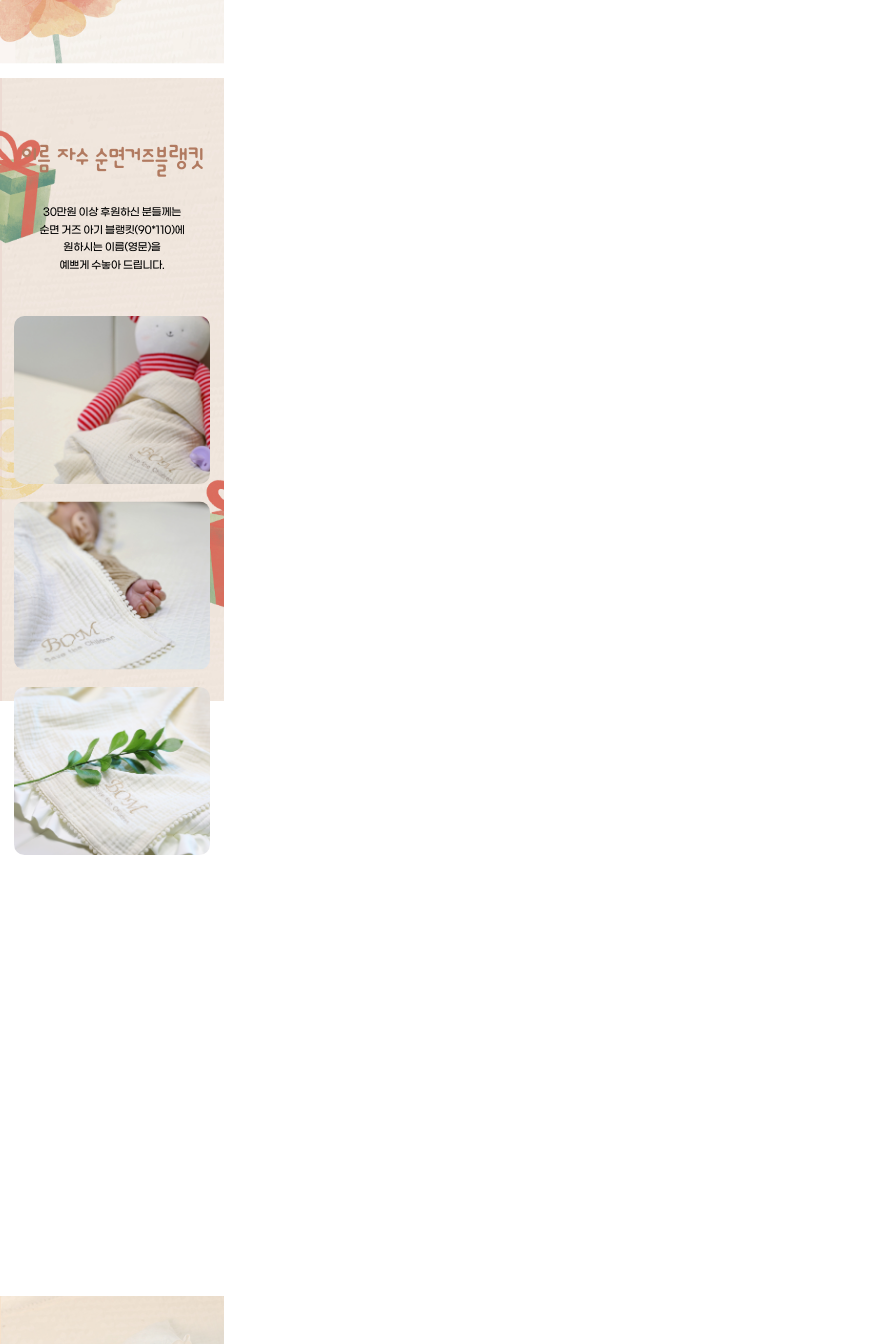
Repository: dlgywls1130/save_the_m320
Page: index.html
The author's editor kept a copy of each file at every save. The page is drawn from the files as they stood at one save, then again after the next save.
The browser window is 1280 px wide. The pictures show the part of the page from y = 3029 to 4949 px (the page is 8180 px tall), at 70% of full size.

Above is the page before, as saved 2023-12-21 01:22:33.

### index.html
<!DOCTYPE html>
<html lang="en">
<head>
    <meta charset="UTF-8">
    <meta name="viewport" content="width=device-width, initial-scale=1.0">
    <title>세이브더칠드런</title>

    <link rel="stylesheet" href="./css/reset.css">
    <link rel="stylesheet" href="./css/style.css">

</head>
<body>
    <div class="content_body">
        <section class="section_wrapper section01">
            <div class="se01 se_wrapper">
                <div class="seo01_mobile_wrapp">
                    <div class="se01_sub">
                        <div class="sub_logo">
                            <img src="./img/logo01.png" alt="logo">
                        </div>
                        <p>우리 아기 좋은 날 기부</p>
                    </div>
                    <p class="seo01_title">
                        아가야,
                    </p>
                    <p class="seo01_title_two">
                        너의 <span id="rollingText">탄생</span> 순간을 축하해!
                    </p>
                </div>
                <div class="seo01_mobile_wrapp_bottom">
                    <p class="section_descript mb-45">
                        아이의 건강과 행복을
                        <br>바라는 마음을 담아,
                        <br>탄생, 백일, 첫 걸음마, 첫돌 등
                        <br>내 아이의 소중한 순간을
                        <br>기부로 기념해보세요.
                        <br>함께 자라나는 다른 아이들
                        <br>에게도 큰 축복이 됩니다..
                    </p>

                    <a class="donation_link" href="javascript:void(0)">우리 아기 좋은 날 기부</a>
                </div>

            </div>
        </section>
        <section class="section_wrapper section02">
            <div class="se02 se_wrapper">
                <div class="postit_wrapper">
                    <div class="postit postit01">
                        <p>우리 아들 우현이의<br>
                        200일을 축하해.<br>
                        <span>건강하게 자라줘서 고마워 <img src="./img/heart.png"></span>
                        늘 사랑받고 받은 사랑만큼<br>
                        베풀 수 있는 건강하고<br>
                        멋진 아들이 되길 바래!</p>
                    </div>
                    <div class="postit postit02">
                        <p>우리 새로아<Br>
                        백일 동안 무럭무럭 자라줘서<Br>
                        고마워~앞으로도 건강하고<Br>
                        우리 같이 재미있게 많이 놀자.<Br>
                        엄마,아빠가 많이 사랑해.</p>
                    </div>

                    <div class="postit postit05">
                        <p>사랑하는 도현이의<br>
                        첫 어린이날과 첫돌을<br>
                        기념하며, <br>
                        이웃을 사랑하는<br>
                        멋진 사람으로 자라길</p>

                    </div>
                    <!-- <div class="postit postit04">
                        <p>보미야<br>
                        첫 번째 생일 축하해<br>
                        너의 존재가 온 세상에<br>
                        봄이길 바랄게!   </p>
                    </div> -->

                    <!-- <div class="postit postit03">
                        <p>서진아<br>
                        우리에게 와줘서 고마워<br>
                        건강하고 행복하게 자라렴.<br>
                        사랑해♡      </p>
                    </div> -->

                </div>

            </div>
        </section>
        <section class="section_wrapper section03">
            <div class="se_wrapper se03">
                <div class="se_title_co">
                    아기의 좋은 날을<br> 기념해 주신 모든 분들께
                    <br>후원감사증서를 <br> 보내드립니다.
                </div>
                <div class="se_sub_co">
                    후원감사증서는<Br> 아기에게 남기고 싶은 메시지와 아기의 좋은 날이 담긴 사진을<br> 보관할 수 있도록
                    만들어드립니다.<br> 먼 훗날, 아기가 성장해 읽게 될 날을 그리며 편지를 써보세요.
                </div>
            </div>

        </section>
        <section class="section_wrapper section04">
            <div class="se_wrapper se04">
                <div class="se_title_co">
                    이름 자수 순면거즈블랭킷
                </div>
                <div class="se_sub_co">
                    30만원 이상 후원하신 분들께는<br> 순면 거즈 아기 블랭킷(90*110)에
                    <Br>원하시는 이름(영문)을<br> 예쁘게 수놓아 드립니다.
                </div>

                <div class="se04_slide mt-85">
                    <div class="se04_slide_list">
                        <img src="./img/slide03.jpg">
                    </div>
                    <div class="se04_slide_list">
                        <img src="./img/slide02.jpg">
                    </div>
                    <div class="se04_slide_list">
                        <img src="./img/slide01.jpg">
                    </div>
                </div>
            </div>
        </section>
        <section class="section_wrapper section05">
            <div class="se_wrapper se05">
                <div class="se_title_co">
                    후원신청 과정
                </div>


                <div class="se_sub_co">
                    30만원 이상 후원해 주신 경우,
                    <br>감사 선물 수령 주소 및 아기 블랭킷에 새겨질 문구 확인을 위한 문자가 발송됩니다.
                </div>

                <div class="se_step_list">
                    <div class="se_step">
                        <p class="step_number">1</p>
                        <div class="step_ico">
                            <img src="./img/icon01.png" alt="img">
                        </div>
                        <p class="step_descript">
                            후원신청하기
                        </p>
                    </div>
                    <div class="se_step">
                        <p class="step_number">2</p>
                        <div class="step_ico">
                            <img src="./img/icon02.png" alt="img">
                        </div>
                        <p class="step_descript">
                            후원감사증서
                            메시지 적기
                        </p>
                    </div>
                </div>
                <div class="se_step_list">
                    <div class="se_step">
                        <p class="step_number">3</p>
                        <div class="step_ico">
                            <img src="./img/icon03.png" alt="img">
                        </div>
                        <p class="step_descript">
                            신청완료
                        </p>
                    </div>
                    <div class="se_step">
                        <p class="step_number">4</p>
                        <div class="step_ico">
                            <img src="./img/icon04.png" alt="img">
                        </div>
                        <p class="step_descript">
                            후원감사증서 발송
                            (1주 이내)
                        </p>
                    </div>
                </div>


                <a class="donation_link" href="javascript:void(0)">우리 아기 좋은 날 기부</a>
            </div>

        </section>
        <section class="section_wrapper section06">
            <div class="se_wrapper se06">
                <div class="se_title_co">
                    후원금, 이렇게 쓰여요!
                </div>
                <div class="se_sub_co">
                    세이브더칠드런은 <Br><span>국내외 아동을 위한 교육,
                    <Br>보호, 보건영양지원,<Br> 아동권리옹호</span> 등의<Br> 활동을 해나가고 있습니다.
                </div>
                <div class="se_sub_co">
                    보내주신 후원금은<Br> 정치, 종교, 인종에 관계없이<Br> 모든 아이를 구해야 한다는
                    <Br>세이브더칠드런의 신념에 따라 <Br><span>가장 도움 필요한 아이를 위해 우선 사용</span>됩니다.
                </div>
            </div>

        </section>
        <section class="section_wrapper section07">
            <div class="se_wrapper se07">
                <div class="se_title_co">
                    FAQ
                </div>
                <div class="accordion">
                    <div class="accordion-item">
                        <h3 class="title">
                            <span>1. 30만원 이상 후원했습니다. <br>거즈 순면 블랭킷은 언제 오나요?</span>
                            <img src="./img/top.png">
                        </h3>
                        <p class="paragraph">
                            우리아기 축하기부로 30만원 이상 후원자님들께는 담요에 수놓을 아기 이름과
                            선물 수령 주소 확인을 위한 문자가 발송됩니다.
                            02-6900-4479로 발송되는 문자 속 설문조사에 답해주세요.
                            확인을 완료하신 분들께는 블랭킷 제작을 담당하고 있는 조니 스튜디오에서
                            아기 이름 자수 작업 완료 후 배송해 드립니다.

                        </p>
                    </div>
                    <div class="accordion-item">
                        <h3 class="title">
                            <span>2. 거즈 순면 블랭킷, 안전한 제품인가요?</span>
                            <img src="./img/top.png">
                        </h3>
                        <p class="paragraph">
                            본 블랭킷은 워싱된 3중 거즈로 제작되었으며, KC안전검사를 완료하였습니다.
                            소재 특성상 섬유 조각이 발생할 수 있어 망에 넣지 않고 3번 정도 물빨래 하시는 것을 권장합니다.

                        </p>
                    </div>
                    <div class="accordion-item">
                        <h3 class="title">
                            <span>3. 거즈 순면 블랭킷을 받았는 데 하자가 있어요. <Br>어떻게 해야 하나요? </span>
                            <img src="./img/top.png">
                        </h3>
                        <p class="paragraph">
                            070-4220-4123 (조니스튜디오 CS)로 전화 연락 부탁드립니다. 하자 물품에 대한 교환은 수령일로부터 7일 이내에 조니스튜디오에 연락해주셔야 하며, 이로 인한 후원금 환불은 어렵습니다.
                        </p>
                    </div>
                    <div class="accordion-item">
                        <h3 class="title">
                            <span>4. 후원감사증서에 넣을 수 있는 사진 사이즈는 <Br>얼마인가요?</span>
                            <img src="./img/top.png">
                        </h3>
                        <p class="paragraph">
                            사진 인화 사이즈 5*7 인치에 맞추어서 제작되었습니다.  그보다 작은 사진일 경우, 후원감사증서
                            내부의 주머니에 넣어 보관하실 수도  있습니다.

                        </p>
                    </div>
                </div>
            </div>

        </section>
        <section class="section_wrapper section08">
            <div class="se_wrapper se08">
                <div class="se08_postion">
                    <p class="se08_title">우리 아기 좋은 날 기부</p>
                    <p class="se08_descript">
                        탄생, 백일, 첫 걸음마, 첫돌...
                        <br>소중한 우리 아기의 성장을 기념해 보세요!
                        <br>아기의 좋은 날이 모여 세상의 행복이 됩니다.
                    </p>
                    <a href="javascript:void(0)" class="more_btn">
                        <p>자세히보기</p>
                        <svg xmlns="http://www.w3.org/2000/svg" width="16" height="16" fill="currentColor" class="bi bi-chevron-right" viewBox="0 0 16 16">
                            <path fill-rule="evenodd" d="M4.646 1.646a.5.5 0 0 1 .708 0l6 6a.5.5 0 0 1 0 .708l-6 6a.5.5 0 0 1-.708-.708L10.293 8 4.646 2.354a.5.5 0 0 1 0-.708z"/>
                        </svg>
                    </a>
                </div>

            </div>
        </section>
    </div>

    <script src="https://ajax.googleapis.com/ajax/libs/jquery/1.12.4/jquery.min.js"></script>
    <script src="./js/main.js"></script>
</body>
</html>

### css/reset.css


html, body, div, span, applet, object, iframe,
h1, h2, h3, h4, h5, h6, p, blockquote, pre,
a, abbr, acronym, address, big, cite, code,
del, dfn, em, img, ins, kbd, q, s, samp,
small, strike, strong, sub, sup, tt, var,
b, u, i, center,
dl, dt, dd, ol, ul, li,
fieldset, form, label, legend,
table, caption, tbody, tfoot, thead, tr, th, td,
article, aside, canvas, details, embed,
figure, figcaption, footer, header, hgroup,
menu, nav, output, ruby, section, summary,
time, mark, audio, video {
	margin: 0;
	padding: 0;
	border: 0;
	font-size: 100%;
	font: inherit;
	vertical-align: baseline;
}

article, aside, details, figcaption, figure,
footer, header, hgroup, menu, nav, section {
	display: block;
}
body {
	line-height: 1;
}
ol, ul {
	list-style: none;
}
blockquote, q {
	quotes: none;
}
blockquote:before, blockquote:after,
q:before, q:after {
	content: '';
	content: none;
}
table {
	border-collapse: collapse;
	border-spacing: 0;
}

### css/style.css

/* root */
:root{
    --main-color:#B17A60;
    --pink-color:#F79497;
}


/* font */

/* dongle */
@font-face {
    font-family: 'Dongle';
    font-weight: 300;
    src: url('../font/Dongle-Light.ttf') format('ttf'),
    url('../font/Dongle-Light.woff') format('woff');
}

@font-face {
    font-family: 'Dongle';
    font-weight: 500;
    src: url('../font/Dongle-Regular.ttf') format('ttf'),
    url('../font/Dongle-Regular.woff') format('woff');
}

@font-face {
    font-family: 'Dongle';
    font-weight: 700;
    src: url('../font/Dongle-Bold.ttf') format('ttf'),
    url('../font/Dongle-Bold.woff') format('woff');
}


/* Gmarket */
@font-face {
    font-family: 'GmarketSans';
    font-weight: 300;
    src: url('../font/GmarketSansLight.ttf') format('ttf'),
    url('../font/GmarketSansLight.woff') format('woff');
}

@font-face {
    font-family: 'GmarketSans';
    font-weight: 500;
    src: url('../font/GmarketSansMedium.ttf') format('ttf'),
    url('../font/GmarketSansMedium.woff') format('woff');
}

@font-face {
    font-family: 'GmarketSans';
    font-weight: 700;
    src: url('../font/GmarketSansBold.ttf') format('ttf'),
    url('../font/GmarketSansBold.woff') format('woff');
}


/* nanumsqure */

@font-face {
    font-family: 'NanumSquare';
    font-weight: 400;
    src: url('../font/NanumSquareL.ttf') format('ttf'),
    url('../font/NanumSquareL.woff') format('woff');
}

@font-face {
    font-family: 'NanumSquare';
    font-weight: 500;
    src: url('../font/NanumSquareR.ttf') format('ttf'),
    url('../font/NanumSquareR.woff') format('woff');
}

@font-face {
    font-family: 'NanumSquare';
    font-weight: 600;
    src: url('../font/NanumSquareB.ttf') format('ttf'),
    url('../font/NanumSquareB.woff') format('woff');
}

@font-face {
    font-family: 'NanumSquare';
    font-weight: 700;
    src: url('../font/NanumSquareEB.ttf') format('ttf'),
    url('../font/NanumSquareEB.woff') format('woff');
}



/* scdream5 */
@font-face {
    font-family: 'SCDream5';
    src: url('../font/SCDream5.woff') format('woff'),
    url('../font/SCDream5.ttf') format('ttf'),
    url('../font/SCDream5.otf') format('otf');
}


.section_wrapper{
    max-width:320px;
    width: 100%;

}

.se_wrapper{
    max-width: 320px;
    width: 100%;
    position: relative;
    box-sizing: border-box;
}


/* section01 */


.section01{
    background: url(../img/back01.jpg) no-repeat;
    height: 1000px;
    background-size: cover;
    background-position: 86%;
}

.se01{
    padding: 60px 20px;
    box-sizing: border-box;
    height: 100%;
    position: relative;
    display: flex;
    flex-direction: column;
    justify-content: space-between;
}
.se01_sub{
    display: flex;
    align-items: center;
    margin-bottom: 30px;
    flex-direction: column;
}

.sub_logo{
    width: 125px;
    height: 40px;
    margin-right: 10px;
}

.sub_logo img{
    width: 100%;
    height: 100%;
    object-fit: contain;
}

.se01_sub p{
    width: 190px;
    height: 30px;
    background: #B17A60;
    border-radius: 15px;
    display: flex;
    align-items: center;
    justify-content: center;
    letter-spacing: -0.03em;
    font-size: 15px;
    font-weight: 700;
    font-family: 'GmarketSans',sans-serif;
    color: #fff;
}

.seo01_title{
    font-family: 'Dongle',sans-serif;
    font-weight: 500;
    font-size: 100px;
    color: var(--main-color);
    letter-spacing: -0.03em;
    text-align: center;
}

.seo01_title_two{
    font-family: 'Dongle',sans-serif;
    font-weight: 500;
    font-size: 50px;
    color: var(--main-color);
    letter-spacing: -0.03em;
    margin-top: -7%;
    margin-bottom: 50px;
    display: flex;
    align-items: center;
    white-space: nowrap;
    text-align: center;
}

.seo01_title_two span{
    margin: 0 0.5rem;
}
.section_descript{
    font-size: 15px;
    line-height: 25px;
    font-family: 'GmarketSans';
    font-weight: 500;
    letter-spacing: -0.03em;
    color: #000;
    text-align: center;
}

.donation_link{
    width: 300px;
    height: 50px;
    border-radius: 100px;
    display: flex;
    align-items: center;
    justify-content: center;
    background: var(--pink-color);
    color: #fff;
    font-family: 'GmarketSans';
    font-size: 20px;
    font-weight: 700;
    letter-spacing: -0.03em;
    text-decoration: none;
    margin: 40px auto 0;
}


@keyframes roll {
    from {
        transform: translateY(40%);
        opacity: 0;
    }
    to {
        transform: translateY(0);
        opacity: 1;
    }
  }


  #rollingText.animate-text {
    animation: roll 0.5s ease-in-out;
}

/* section02 */

.section02{
    height: 940px;
    background: url('../img/back02.jpg') no-repeat;
}

.se02{
    box-sizing: border-box;
    height: 100%;
}
.postit_wrapper{
    width: 100%;
    padding: 40px 20px;
    position: relative;
    display: flex;
    flex-direction: column;
    align-items: center;
    box-sizing: border-box;
}

.ex_text{
    font-family: 'GmarketSans';
    font-size: 20px;
    font-weight: 500;
    letter-spacing: -0.03em;
}


.postit p img{
    width: 15px;
    height: auto;
    object-fit: contain;
}
.postit p{
    font-family: 'SCDream5';
    font-size: 15px;
    line-height: 25px;
    text-align: center;
    display: flex;
    justify-content: center;
    align-items: center;
    flex-direction: column;
    height: 100%;
}

.postit01{
    background:url('../img/post04.png') no-repeat;
    width: 285px;
    height: 300px;
    background-size: contain;
    box-sizing: border-box;
}

.postit01 p{
    transform: rotate(358deg);
}

.postit02{
    background: url('../img/post05.png') no-repeat;
    width: 285px;
    height: 300px;
    background-size: contain;
    box-sizing: border-box;
    margin-top: -27%;
}

.postit02 p{
    transform: rotate(7deg);
}

.postit03{
    background:url('../img/post02.png') no-repeat;
    width: 285px;
    height: 300px;
    background-size: contain;
    box-sizing: border-box;
    margin-top: -25%;
    transform: rotate(-14deg);
}

.postit03 p{
    transform: rotate(-7deg);
}

.postit04{
    background: url(../img/post03.png) no-repeat;
    width: 285px;
    height: 300px;
    background-size: cover;
    box-sizing: border-box;
    margin-top: -24%;
    transform: rotate(14deg);
}

.postit04 p{
    transform: rotate(7deg);
}

.postit05{
    background:url('../img/post01.png') no-repeat;
    width: 285px;
    height: 300px;
    background-size: contain;
    box-sizing: border-box;
    margin-top: -22%;
}

.postit05 p{
    transform: rotate(-9deg);
}

/* section03 */

.section03{
    height: 1200px;
    background: url('../img/back03.jpg') no-repeat;
}

.se03{
    padding: 100px 20px 70px;
    box-sizing: border-box;
    height: 100%;
}


.se_title_co{
    font-size: 50px;
    line-height: 50px;
    letter-spacing: -0.03em;
    font-family: 'Dongle';
    font-weight: 500;
    color: var(--main-color);
    text-align: center;
}

.se_sub_co{
    font-size: 15px;
    letter-spacing: -0.03em;
    line-height: 25px;
    font-family: 'GmarketSans';
    font-weight: 500;
    text-align: center;
    margin-top: 40px;
}

/* section04 */

.section04{
    height: 1740px;
    background: url('../img/back04.jpg') no-repeat;
}

.se04{
    padding: 90px 20px;
    box-sizing: border-box;
    height: 100%;
}

.se04_slide{
    margin: 60px auto 0;
}


.se04_slide_list{
    width: 280px;
    height: 240px;
    border-radius: 9px;
    margin-bottom: 25px;
}

.se04_slide_list img{
    width:100%;
height: 100%;
object-fit: cover;
border-radius: 15px;
}
/* section05 */
.section05{
    height: 1000px;
    background: url('../img/back05.jpg') no-repeat;
}

.se05{
    padding: 80px 60px 140px;
    box-sizing: border-box;
    height: 100%;
}

.se_step_list{
    display: flex;
    align-content: center;
    margin-top: 20px;
    position: relative;
    flex-wrap: wrap;
    justify-content: space-between;
}


.se_step_list .se_step{
    position: relative;
    display: flex;
    flex-direction: column;
    align-items: center;
}

.step_number{
    font-size: 25px;
    letter-spacing: -0.03em;
    line-height: 35px;
    font-weight: 700;
    font-family: 'GmarketSans';
    position: absolute;
    left: 19%;
    top: 0;
    color: var(--main-color);
    z-index: 2;
}

.se_step_list .se_step .step_ico{
    width: 200px;
    height: 200px;
    border-radius: 50%;
    background-color: #fff;
    display: flex;
    align-items: center;
    justify-content: center;
    position: relative;
    z-index: 1;
}

.se_step_list .se_step .step_ico img {
    width: 138px;
    height: 138px;
    object-fit: contain;
    object-position: 73%;
}

.step_descript{
    font-size: 20px;
    letter-spacing: -0.03em;
    line-height: 23px;
    font-weight: 500;
    font-family: 'GmarketSans';
    text-align: center;
    margin-top: 20px;
    color: var(--main-color);
}


.section05 .donation_link{
    margin: 70px auto 0;
}


/* section06 */
.section06{
    height:800px;
    background: url('../img/back06.jpg') no-repeat;
}

.se06{
    padding: 155px 0;
    height: 100%;
    box-sizing: border-box;
}


.se_sub_co span{
    font-weight: 700;
}
/* section07 */

.section07{
    height:1000px;
    background: url('../img/back07.jpg') no-repeat;
}

.se07{
    padding: 100px 0;
    height: 100%;
    box-sizing: border-box;
}


.accordion{
    margin-top: 38px;
}
.accordion-item {
    padding:15px 30px;
    margin: 0;
    overflow: hidden;
}

.accordion-item .title {
    display: flex;
    justify-content: space-between;
    align-items: center;
    font-weight: 700;
    font-size: 20px;
    line-height: 30px;
    letter-spacing: -0.03em;
    cursor: pointer;
    width: 100%;
    height: 100px;
    border-radius: 50px;
    background-color: #fff;
    color: var(--main-color);
    padding: 0 50px;
    font-family: 'GmarketSans';
    box-sizing: border-box;
    text-indent: -10px;
}

.accordion-item .title img {
    font-size: 0.9rem;
    color: #454545;
    transform: rotate(0);
    transition: transform 0.15s ease;
}

.accordion-item .paragraph {
    font-weight: 500;
    font-size: 20px;
    letter-spacing: -0.03em;
    color: #000;
    display: none;
    padding: 30px 35px 15px;
    list-style: inside;
    line-height: 30px;
    font-family: 'GmarketSans';
}

.accordion-item .paragraph .indent{
    text-indent: 1rem;
}


.accordion-item .paragraph span{
    font-weight: bold;
}

.accordion-item.active .title img{
    transform: rotate(180deg);
}

.accordion-item.active .paragraph {
    display: block;
}


/* section08 */

.section08{
    height:500px;
    background: url('../img/banner.jpg') no-repeat;
}
.se08{
    position: relative;
    height: 100%;
}

.se08_postion{
    display: flex;
    align-items: center;
    justify-content: center;
    flex-direction: column;
    height: 100%;
}

.se08_title{
    font-family: 'NanumSquare';
    font-weight: 600;
    font-size: 30px;
    letter-spacing: -0.05em;
    line-height: 50px;
    position: relative;
    text-align: center;
    margin-bottom: 30px;
}



.se08_descript{
    font-family: 'NanumSquare';
    font-weight: 500;
    font-size: 20px;
    line-height: 30px;
    letter-spacing: -0.05em;
    text-align: center;
}

.more_btn{
    margin-top: 38px;
    width: 150px;
    height: 40px;
    background: #543F2C;
    display: flex;
    align-items: center;
    justify-content: center;
    text-decoration: none;
}

.more_btn p{
    font-family: 'NanumSquare';
    font-weight: 500;
    font-size: 18px;
    color: #fff;

}

.more_btn svg{
    fill: #fff;
}

Loaded but not shown: js/main.js (46 lines, source omitted)

After the next save:
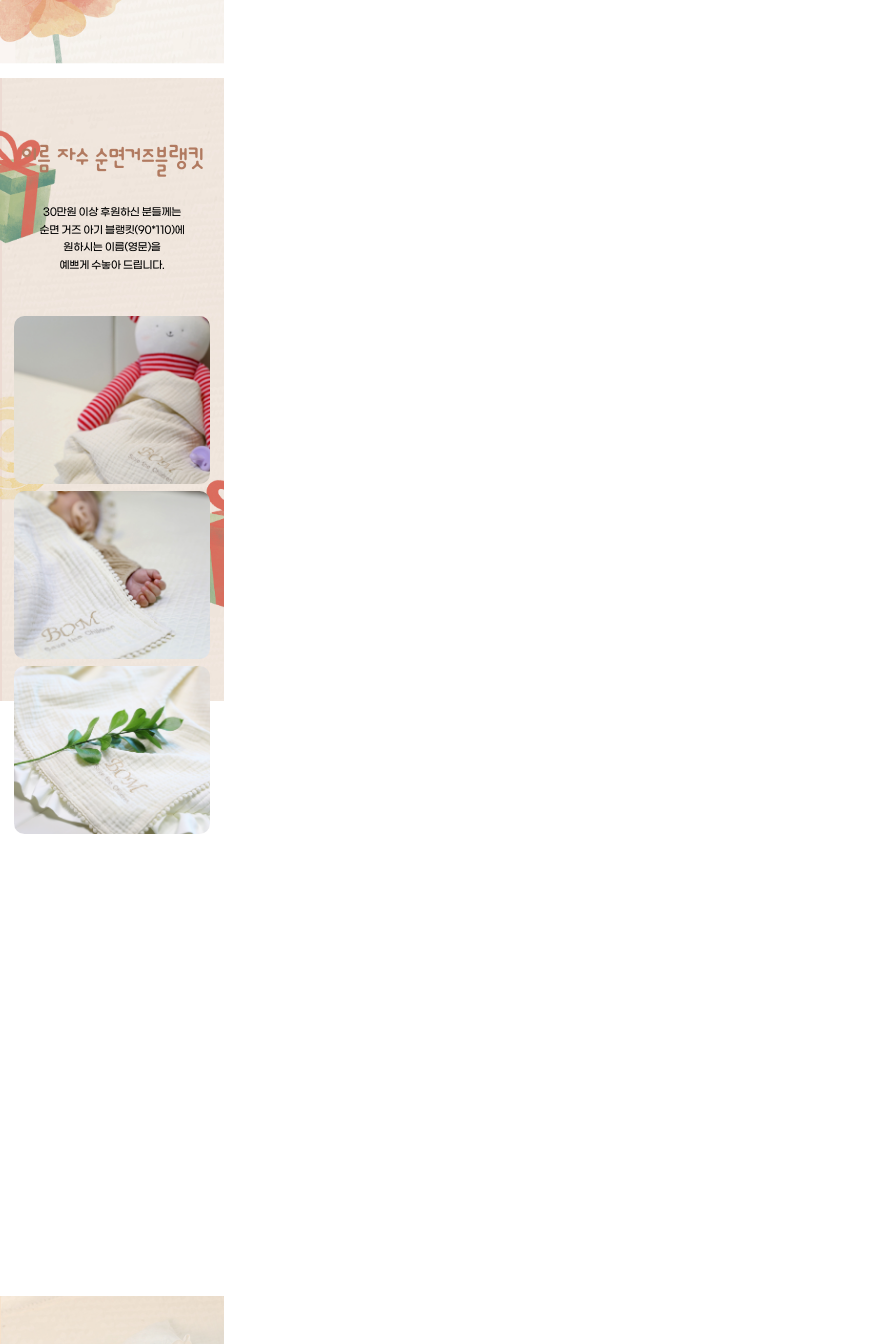
Saved 21 s later.
--- a/css/style.css
+++ b/css/style.css
@@ -400,7 +400,7 @@
     width: 280px;
     height: 240px;
     border-radius: 9px;
-    margin-bottom: 25px;
+    margin-bottom: 10px;
 }
 
 .se04_slide_list img{
